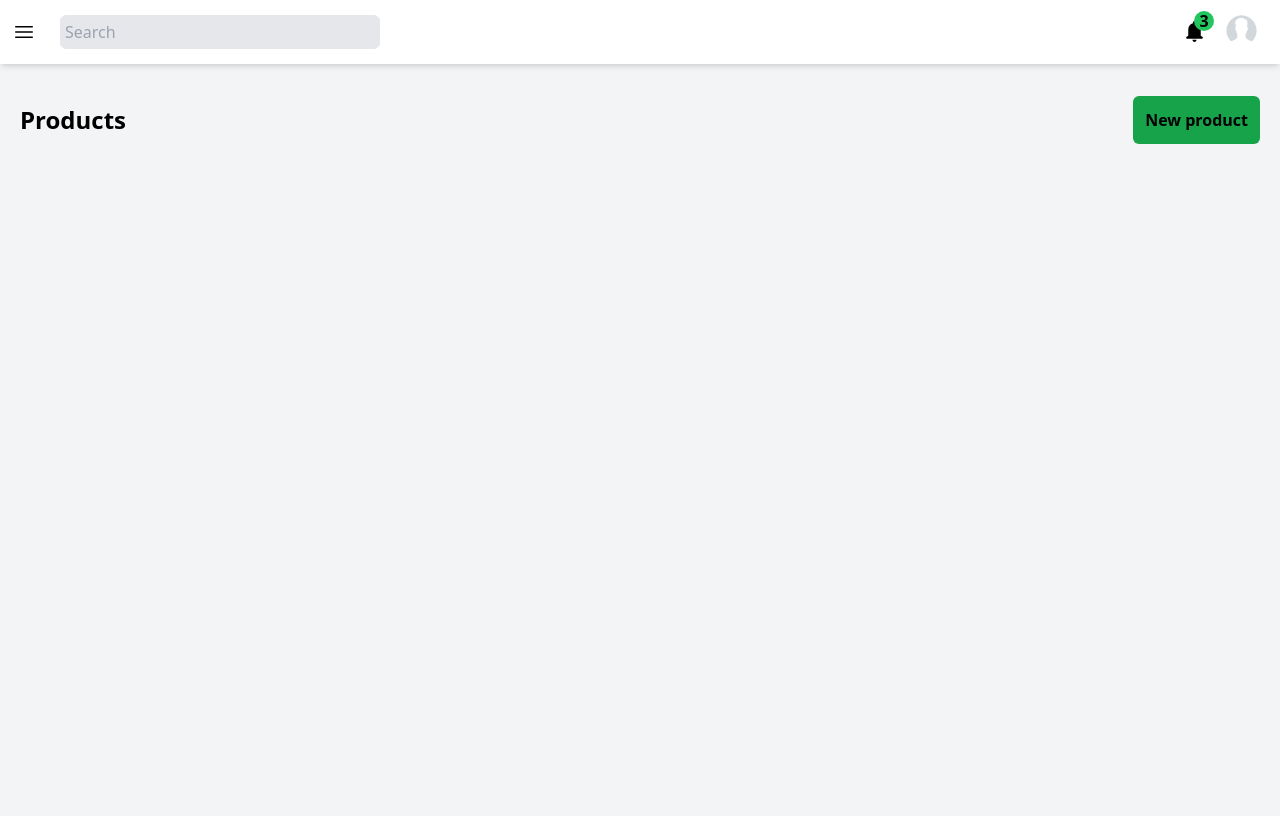
Repository: IssaMuiz/ifarmstock-admin
Page: /products
An editor plug-in stored every save of this project. The page is shown before and after the next save, followed by the edit.
The browser window is 1280 px wide. The pictures show the whole page.
The page's requests for data from a server got no answer. The project was rebuilt for these pictures with package versions that can differ from the ones it lists, and the page was loaded fresh each time. The framework's server and built-in components were replaced by stand-ins that run in the browser. No one was signed in, and anything a server would have sent is missing. Also part of the build but not shown: next.config.mjs.

Above is the page before, as saved 2024-10-12 14:57:26.

### app/layout.tsx
import type { Metadata } from "next";
import localFont from "next/font/local";
import "./globals.css";
import ClientSessionProvider from "../components/clientSessionProvider";

const geistSans = localFont({
  src: "./fonts/GeistVF.woff",
  variable: "--font-geist-sans",
  weight: "100 900",
});
const geistMono = localFont({
  src: "./fonts/GeistMonoVF.woff",
  variable: "--font-geist-mono",
  weight: "100 900",
});

export const metadata: Metadata = {
  title: "iFarmStock-admin",
  description: "Generated by create next app",
};

export default function RootLayout({
  children,
}: Readonly<{
  children: React.ReactNode;
}>) {
  return (
    <html lang="en">
      <body
        className={`${geistSans.variable} ${geistMono.variable} antialiased mx-5 bg-gray-100`}
      >
        <ClientSessionProvider>{children}</ClientSessionProvider>
      </body>
    </html>
  );
}

### app/products/page.tsx
import React from "react";

const Products = () => {
  return (
    <section className="mt-24 min-h-screen">
      <div className="flex justify-between items-center">
        <h1 className="text-2xl font-semibold">Products</h1>
        <button
          type="button"
          className="p-3 font-semibold text-base bg-green-600 hover:bg-green-700 rounded-md"
        >
          New product
        </button>
      </div>
    </section>
  );
};

export default Products;

### components/clientSessionProvider.tsx
"use client";

import { SessionProvider } from "next-auth/react";
import { ReactNode, useState } from "react";
import Navbar from "./navbar";
import Sidenav from "./sidenav";
import { usePathname } from "next/navigation";
export default function ClientSessionProvider({
  children,
}: {
  children: ReactNode;
}) {
  const [showSidebar, setShowSidebar] = useState(false);

  const pathname = usePathname();

  const noNavRoutes = [
    "/",
    "/forgot-password",
    "/reset-password",
    "/signup",
    "/verify-email",
  ];
  const toggleSidebar = () => {
    setShowSidebar((prev) => !prev);
  };
  return (
    <SessionProvider>
      <main className="flex ">
        <Sidenav showSidebar={showSidebar} setShowSidebar={setShowSidebar} />

        <div
          className={`fixed block xl:hidden inset-0 bg-black transition-opacity duration-300 ease-in-out z-10 ${
            showSidebar
              ? "opacity-40 pointer-events-auto"
              : "opacity-0 pointer-events-none"
          }`}
          onClick={toggleSidebar}
        ></div>
        <section
          className={`relative z-0 transition-all duration-300 ease-in-out ${
            showSidebar ? "xl:ml-64" : "w-full"
          }  flex-1`}
        >
          {!noNavRoutes.includes(pathname) && (
            <Navbar toggleSidebar={toggleSidebar} showSidebar={showSidebar} />
          )}

          {children}
        </section>
      </main>
    </SessionProvider>
  );
}

### components/navbar.tsx
import React, { useEffect, useRef } from "react";
import { useSession } from "next-auth/react";
import Image from "next/image";
import { useState } from "react";
import { signOut } from "next-auth/react";

interface ToggleSidebar {
  toggleSidebar: (event: React.MouseEvent<HTMLOrSVGElement>) => void;
  showSidebar: boolean;
}
const Navbar = ({ toggleSidebar, showSidebar }: ToggleSidebar) => {
  const [showProfile, setShowProfile] = useState(false);
  const { data: session } = useSession();
  const dropdownRef = useRef<HTMLDivElement>(null);

  const toggleShowProfile = () => {
    setShowProfile((prev) => !prev);
  };

  const handleClickOutside = (e: MouseEvent) => {
    if (
      dropdownRef.current &&
      !dropdownRef.current.contains(e.target as Node)
    ) {
      setShowProfile(false);
    }
  };

  useEffect(() => {
    document.addEventListener("mousedown", handleClickOutside);

    return () => {
      document.removeEventListener("mousedown", handleClickOutside);
    };
  }, []);
  return (
    <nav
      className={`bg-white h-16 fixed top-0 left-0 ${
        showSidebar ? "xl:left-64" : "w-full"
      } right-0 shadow-md z-10 transition-all ease-in-out duration-300`}
    >
      <div className="mx-auto flex justify-between p-2">
        <div className="leftnav flex-1 flex gap-2 md:gap-5 items-center ">
          <svg
            onClick={toggleSidebar}
            xmlns="http://www.w3.org/2000/svg"
            viewBox="0 0 24 24"
            strokeWidth={1.5}
            stroke="currentColor"
            className="size-8 rounded-sm cursor-pointer p-1 hover:bg-gray-300"
          >
            <path
              strokeLinecap="round"
              strokeLinejoin="round"
              d="M3.75 6.75h16.5M3.75 12h16.5m-16.5 5.25h16.5"
            />
          </svg>

          <input
            type="text"
            placeholder="Search"
            className="p-1 bg-gray-200 rounded-md max-w-80 flex-1 border outline-none"
          />
        </div>
        <div className="right-nav flex items-center gap-1 ml-2">
          <div className="relative cursor-pointer hover:bg-gray-300 rounded-sm p-2">
            <svg
              xmlns="http://www.w3.org/2000/svg"
              x="0px"
              y="0px"
              width="25"
              height="25"
              viewBox="0 0 24 24"
              className="fill:#1A1A1A;"
            >
              <path d="M 12 2 C 11.172 2 10.5 2.672 10.5 3.5 L 10.5 4.1953125 C 7.9131836 4.862095 6 7.2048001 6 10 L 6 16 L 4.4648438 17.15625 L 4.4628906 17.15625 A 1 1 0 0 0 4 18 A 1 1 0 0 0 5 19 L 12 19 L 19 19 A 1 1 0 0 0 20 18 A 1 1 0 0 0 19.537109 17.15625 L 18 16 L 18 10 C 18 7.2048001 16.086816 4.862095 13.5 4.1953125 L 13.5 3.5 C 13.5 2.672 12.828 2 12 2 z M 10 20 C 10 21.1 10.9 22 12 22 C 13.1 22 14 21.1 14 20 L 10 20 z"></path>
            </svg>
            <span className=" absolute flex items-center justify-center font-semibold top-0 left-5 bg-green-500 p-1 h-5 w-5 rounded-full">
              3
            </span>
          </div>
          <div className="relative ">
            <div
              className="cursor-pointer hover:bg-gray-100 flex items-center"
              onClick={toggleShowProfile}
            >
              <Image
                src={session?.user?.image || "/assets/images/avatar.png"}
                alt="profile-image"
                width={45}
                height={45}
                className="rounded-md p-1"
              />
              <div className="flex-col hidden md:flex p-1">
                <p className="font-semibold text-xs">{session?.user?.name}</p>
                <p>{session?.user?.email}</p>
              </div>
            </div>
            {showProfile && (
              <div
                ref={dropdownRef}
                className="bg-white shadow top-14 -right-2 absolute w-60 md:w-[18rem] text-xl font-semibold rounded-sm "
              >
                <div className="flex flex-col gap-3">
                  <p className="hover:bg-gray-300 cursor-pointer px-4 py-2 mt-5 transition-all ease-in-out duration-300 text-xs">
                    Profile
                  </p>
                  <hr />
                  <p
                    onClick={() => signOut()}
                    className="hover:bg-gray-300 cursor-pointer px-4 py-2 mb-2 transition-all ease-in-out duration-300 border-gray-300 text-xs"
                  >
                    Sign Out
                  </p>
                </div>
              </div>
            )}
          </div>
        </div>
      </div>
    </nav>
  );
};

export default Navbar;

### components/sidenav.tsx
import React from "react";
import Link from "next/link";

interface Sidebar {
  showSidebar: boolean;
  setShowSidebar: (Sidebar: boolean) => void;
}
const Sidenav = ({ showSidebar, setShowSidebar }: Sidebar) => {
  const closeSidebar = () => {
    if (window.innerWidth < 1280) {
      setShowSidebar(false);
    }
  };
  return (
    <aside className="h-20 overflow-y-auto">
      <div
        className={`fixed w-64 overflow-x-hidden scrollbar  overflow-auto z-20 left-0 top-0 bottom-0 transform transition-transform duration-300  bg-gray-600 ${
          showSidebar ? "translate-x-0" : "-translate-x-full"
        }`}
      >
        <div className="bg-green-600 h-16 flex items-center gap-2 font-bold justify-center">
          <p className="text-2xl">iFarmStock</p>
          <p className="bg-white p-1 rounded-sm font-semibold text-sm">ADMIN</p>
        </div>
        <div className="flex flex-col items-start gap-6 text-white text-base font-semibold mt-10">
          <Link
            onClick={closeSidebar}
            href="/dashboard"
            className="flex gap-5 w-full items-center py-3 px-6 hover:bg-gray-500 cursor-pointer"
          >
            <svg
              width="25px"
              height="25px"
              viewBox="0 0 24 24"
              fill="none"
              xmlns="http://www.w3.org/2000/svg"
            >
              <path
                d="M21.54 19.25H21.31C21.2159 19.2194 21.1288 19.1706 21.0537 19.1062C20.9785 19.0418 20.9169 18.9632 20.8723 18.8749C20.8277 18.7866 20.8009 18.6903 20.7937 18.5917C20.7864 18.493 20.7988 18.3939 20.83 18.3C21.2622 16.9152 21.3626 15.4482 21.1231 14.0175C20.8837 12.5868 20.3111 11.2324 19.4516 10.0638C18.5921 8.89521 17.4698 7.94514 16.1754 7.29034C14.8809 6.63553 13.4506 6.29435 12 6.29435C10.5494 6.29435 9.11906 6.63553 7.82462 7.29034C6.53019 7.94514 5.4079 8.89521 4.54841 10.0638C3.68892 11.2324 3.11633 12.5868 2.87688 14.0175C2.63743 15.4482 2.73784 16.9152 3.17 18.3C3.21197 18.396 3.23338 18.4997 3.23284 18.6044C3.2323 18.7092 3.20983 18.8126 3.16687 18.9082C3.12391 19.0037 3.06142 19.0892 2.98341 19.1591C2.90541 19.229 2.81363 19.2818 2.71398 19.314C2.61434 19.3463 2.50903 19.3574 2.40485 19.3465C2.30068 19.3356 2.19994 19.303 2.10912 19.2508C2.01831 19.1986 1.93943 19.128 1.87758 19.0434C1.81573 18.9589 1.77226 18.8624 1.75 18.76C1.28255 17.2814 1.14055 15.7191 1.33375 14.1804C1.52694 12.6417 2.05074 11.1631 2.86922 9.84591C3.68769 8.52873 4.78146 7.40423 6.07545 6.54957C7.36945 5.69492 8.83303 5.13034 10.3658 4.89459C11.8985 4.65884 13.4641 4.7575 14.9551 5.1838C16.4461 5.61009 17.8273 6.35393 19.0037 7.36426C20.1802 8.3746 21.1241 9.62751 21.7708 11.037C22.4174 12.4465 22.7515 13.9792 22.75 15.53C22.75 16.6259 22.5814 17.7154 22.25 18.76C22.1977 18.9057 22.1011 19.0313 21.9738 19.1192C21.8464 19.2071 21.6947 19.2528 21.54 19.25Z"
                fill="#ffffff"
              />
              <path
                d="M21.54 19.25H2.45999C2.26108 19.25 2.07031 19.171 1.92966 19.0303C1.78901 18.8897 1.70999 18.6989 1.70999 18.5C1.70999 18.3011 1.78901 18.1103 1.92966 17.9697C2.07031 17.829 2.26108 17.75 2.45999 17.75H21.54C21.7389 17.75 21.9297 17.829 22.0703 17.9697C22.211 18.1103 22.29 18.3011 22.29 18.5C22.29 18.6989 22.211 18.8897 22.0703 19.0303C21.9297 19.171 21.7389 19.25 21.54 19.25Z"
                fill="#ffffff"
              />
              <path
                d="M12 16.25C11.9015 16.2505 11.8038 16.2312 11.7128 16.1935C11.6218 16.1557 11.5392 16.1001 11.47 16.03C11.3295 15.8894 11.2507 15.6988 11.2507 15.5C11.2507 15.3013 11.3295 15.1106 11.47 14.97L15.47 10.97C15.613 10.8661 15.788 10.8161 15.9643 10.8287C16.1406 10.8413 16.3067 10.9157 16.4335 11.0389C16.5602 11.162 16.6394 11.326 16.6571 11.5018C16.6747 11.6777 16.6297 11.8541 16.53 12L12.53 16C12.4633 16.0756 12.3819 16.1367 12.2908 16.1797C12.1997 16.2227 12.1007 16.2466 12 16.25Z"
                fill="#ffffff"
              />
            </svg>
            <p>Dashboard</p>
          </Link>
          <Link
            onClick={closeSidebar}
            href="/products"
            className="flex gap-5 w-full items-center py-3 px-6 hover:bg-gray-500 cursor-pointer"
          >
            <svg
              xmlns="http://www.w3.org/2000/svg"
              fill="none"
              viewBox="0 0 24 24"
              strokeWidth={1.5}
              stroke="currentColor"
              className="size-6"
            >
              <path
                strokeLinecap="round"
                strokeLinejoin="round"
                d="M6 6.878V6a2.25 2.25 0 0 1 2.25-2.25h7.5A2.25 2.25 0 0 1 18 6v.878m-12 0c.235-.083.487-.128.75-.128h10.5c.263 0 .515.045.75.128m-12 0A2.25 2.25 0 0 0 4.5 9v.878m13.5-3A2.25 2.25 0 0 1 19.5 9v.878m0 0a2.246 2.246 0 0 0-.75-.128H5.25c-.263 0-.515.045-.75.128m15 0A2.25 2.25 0 0 1 21 12v6a2.25 2.25 0 0 1-2.25 2.25H5.25A2.25 2.25 0 0 1 3 18v-6c0-.98.626-1.813 1.5-2.122"
              />
            </svg>

            <p>Products</p>
          </Link>
          <Link
            onClick={closeSidebar}
            href="/categories"
            className="flex gap-5 w-full items-center py-3 px-6 hover:bg-gray-500 cursor-pointer"
          >
            <svg
              xmlns="http://www.w3.org/2000/svg"
              fill="none"
              viewBox="0 0 24 24"
              strokeWidth={1.5}
              stroke="currentColor"
              className="size-6"
            >
              <path
                strokeLinecap="round"
                strokeLinejoin="round"
                d="M20.25 6.375c0 2.278-3.694 4.125-8.25 4.125S3.75 8.653 3.75 6.375m16.5 0c0-2.278-3.694-4.125-8.25-4.125S3.75 4.097 3.75 6.375m16.5 0v11.25c0 2.278-3.694 4.125-8.25 4.125s-8.25-1.847-8.25-4.125V6.375m16.5 0v3.75m-16.5-3.75v3.75m16.5 0v3.75C20.25 16.153 16.556 18 12 18s-8.25-1.847-8.25-4.125v-3.75m16.5 0c0 2.278-3.694 4.125-8.25 4.125s-8.25-1.847-8.25-4.125"
              />
            </svg>

            <p>Categories</p>
          </Link>
          <Link
            onClick={closeSidebar}
            href="/orders"
            className="flex gap-5 w-full items-center py-3 px-6 hover:bg-gray-500 cursor-pointer"
          >
            <svg
              xmlns="http://www.w3.org/2000/svg"
              fill="none"
              viewBox="0 0 24 24"
              strokeWidth={1.5}
              stroke="currentColor"
              className="size-6"
            >
              <path
                strokeLinecap="round"
                strokeLinejoin="round"
                d="M2.25 3h1.386c.51 0 .955.343 1.087.835l.383 1.437M7.5 14.25a3 3 0 0 0-3 3h15.75m-12.75-3h11.218c1.121-2.3 2.1-4.684 2.924-7.138a60.114 60.114 0 0 0-16.536-1.84M7.5 14.25 5.106 5.272M6 20.25a.75.75 0 1 1-1.5 0 .75.75 0 0 1 1.5 0Zm12.75 0a.75.75 0 1 1-1.5 0 .75.75 0 0 1 1.5 0Z"
              />
            </svg>

            <p>Orders</p>
          </Link>
          <Link
            onClick={closeSidebar}
            href="/customers"
            className="flex gap-5 w-full items-center py-3 px-6 hover:bg-gray-500 cursor-pointer"
          >
            <svg
              xmlns="http://www.w3.org/2000/svg"
              fill="none"
              viewBox="0 0 24 24"
              strokeWidth={1.5}
              stroke="currentColor"
              className="size-6"
            >
              <path
                strokeLinecap="round"
                strokeLinejoin="round"
                d="M15.75 6a3.75 3.75 0 1 1-7.5 0 3.75 3.75 0 0 1 7.5 0ZM4.501 20.118a7.5 7.5 0 0 1 14.998 0A17.933 17.933 0 0 1 12 21.75c-2.676 0-5.216-.584-7.499-1.632Z"
              />
            </svg>

            <p>Customers</p>
          </Link>
          <Link
            onClick={closeSidebar}
            href="/settings"
            className="flex gap-5 w-full items-center py-3 px-6 hover:bg-gray-500 cursor-pointer"
          >
            <svg
              xmlns="http://www.w3.org/2000/svg"
              fill="none"
              viewBox="0 0 24 24"
              strokeWidth={1.5}
              stroke="currentColor"
              className="size-6"
            >
              <path
                strokeLinecap="round"
                strokeLinejoin="round"
                d="M9.594 3.94c.09-.542.56-.94 1.11-.94h2.593c.55 0 1.02.398 1.11.94l.213 1.281c.063.374.313.686.645.87.074.04.147.083.22.127.325.196.72.257 1.075.124l1.217-.456a1.125 1.125 0 0 1 1.37.49l1.296 2.247a1.125 1.125 0 0 1-.26 1.431l-1.003.827c-.293.241-.438.613-.43.992a7.723 7.723 0 0 1 0 .255c-.008.378.137.75.43.991l1.004.827c.424.35.534.955.26 1.43l-1.298 2.247a1.125 1.125 0 0 1-1.369.491l-1.217-.456c-.355-.133-.75-.072-1.076.124a6.47 6.47 0 0 1-.22.128c-.331.183-.581.495-.644.869l-.213 1.281c-.09.543-.56.94-1.11.94h-2.594c-.55 0-1.019-.398-1.11-.94l-.213-1.281c-.062-.374-.312-.686-.644-.87a6.52 6.52 0 0 1-.22-.127c-.325-.196-.72-.257-1.076-.124l-1.217.456a1.125 1.125 0 0 1-1.369-.49l-1.297-2.247a1.125 1.125 0 0 1 .26-1.431l1.004-.827c.292-.24.437-.613.43-.991a6.932 6.932 0 0 1 0-.255c.007-.38-.138-.751-.43-.992l-1.004-.827a1.125 1.125 0 0 1-.26-1.43l1.297-2.247a1.125 1.125 0 0 1 1.37-.491l1.216.456c.356.133.751.072 1.076-.124.072-.044.146-.086.22-.128.332-.183.582-.495.644-.869l.214-1.28Z"
              />
              <path
                strokeLinecap="round"
                strokeLinejoin="round"
                d="M15 12a3 3 0 1 1-6 0 3 3 0 0 1 6 0Z"
              />
            </svg>

            <p>Settings</p>
          </Link>
        </div>
      </div>
    </aside>
  );
};

export default Sidenav;

Loaded but not shown: app/globals.css (common file); tailwind.config.ts (common file)

After the next save:
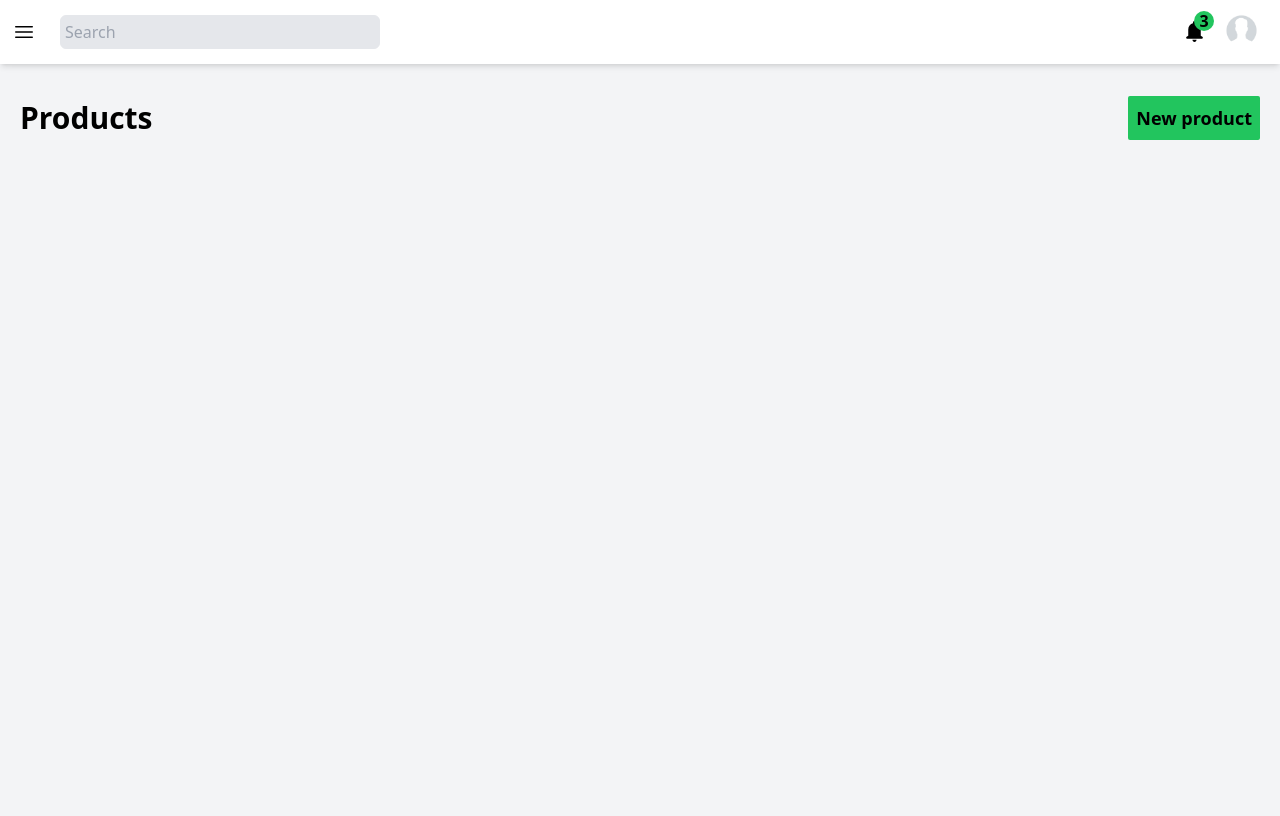
Saved 66 s later.
--- a/app/products/page.tsx
+++ b/app/products/page.tsx
@@ -4,10 +4,10 @@ const Products = () => {
   return (
     <section className="mt-24 min-h-screen">
       <div className="flex justify-between items-center">
-        <h1 className="text-2xl font-semibold">Products</h1>
+        <h1 className="text-3xl font-semibold">Products</h1>
         <button
           type="button"
-          className="p-3 font-semibold text-base bg-green-600 hover:bg-green-700 rounded-md"
+          className="p-2 font-semibold text-lg bg-green-500 hover:bg-green-600 rounded-sm"
         >
           New product
         </button>
